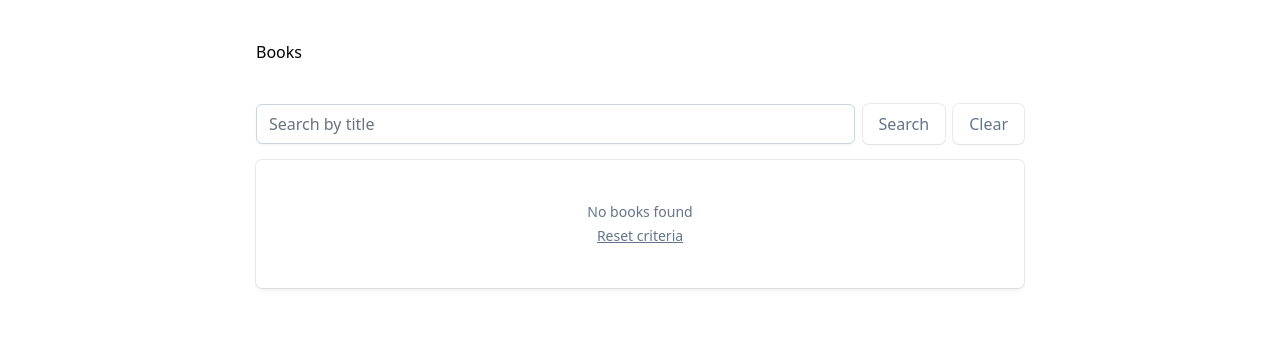
Repository: Haakim19/Laravel-Learn
Page: http://localhost/books
These files come from the project's save history. The page is drawn as it stood at one moment and after the next save; the edit follows.
The browser window is 1280 px wide. The pictures show the whole page.
Some web libraries are served in a nearby version. The page is served by the project's Laravel application, run on PHP 8.4 with Laravel 12. Queries for data that is not in the repository find no rows.

Above is the page before, as saved 2025-02-08 10:46:40.

After the next save:
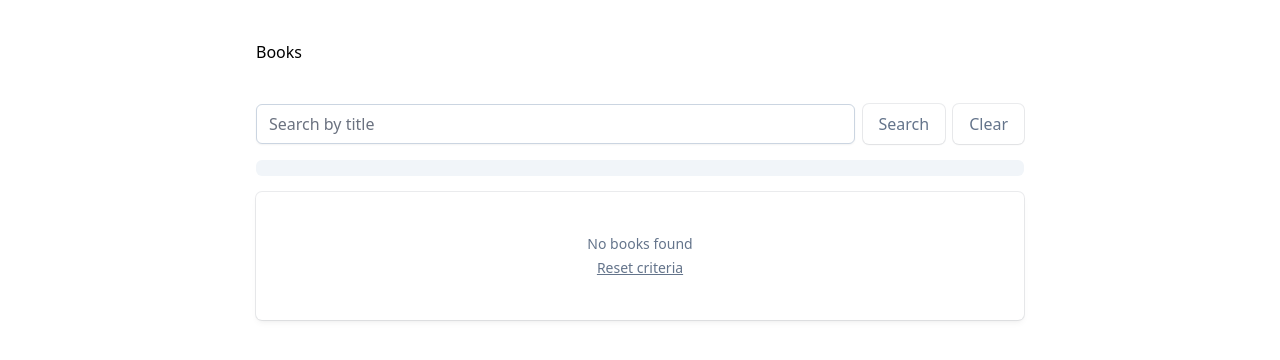
Saved 51 s later.
--- a/Book-Reviews/resources/views/books/index.blade.php
+++ b/Book-Reviews/resources/views/books/index.blade.php
@@ -8,7 +8,7 @@
         <button type="submit" class = "btn h-10">Search</button>
         <a href="{{ route('books.index') }}" class="btn h-10">Clear</a>
     </form>
-    <div>
+    <div class="filter-container">
         @php
             $filters = [
                 '' => 'Latest',
